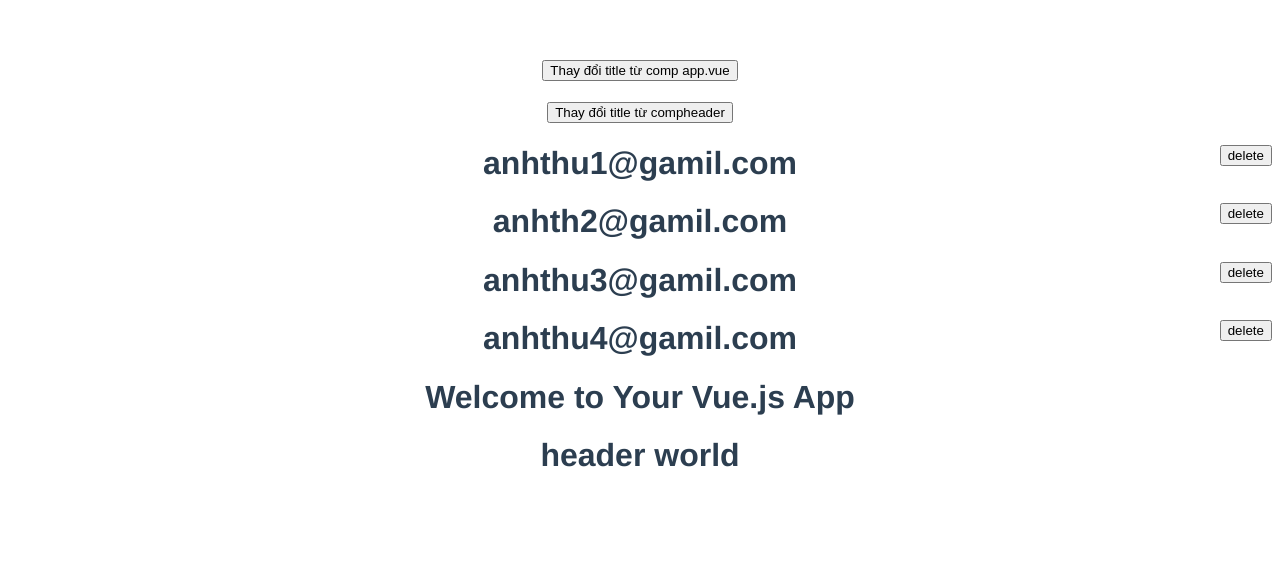
Repository: anhthu112/Todo-list
Page: /
These files come from the project's save history. The page is drawn as it stood at one moment and after the next save; the edit follows.
The browser window is 1280 px wide. The pictures show the whole page.
The project was rebuilt for these pictures with package versions that can differ from the ones it lists, and the page was loaded fresh each time. Also part of the build but not shown: vue.config.js.

Above is the page before, as saved 2024-01-24 15:26:10.

### src/App.vue
<template>
  <div class="container">
    <button v-on:click="title='Yoon Jeonghan'">Thay đổi title từ comp app.vue</button>
    <CompHeader v-bind:titleHeader="title"/>
    <ListUser v-bind:listUser="listUser"/>
    <HelloWorld msg="Welcome to Your Vue.js App"/>
    <ComFooter v-bind:title="title"/>
    <!-- <DemoRef/>  -->
    <!-- <> -->
  </div>

</template>

<script>
import HelloWorld from './components/HelloWorld.vue'
import CompHeader from './components/CompHeader.vue';
import ComFooter from './components/ComFooter.vue';
import ListUser from './components/ListUser.vue';
// import DemoRef from './components/DemoRef.vue';
export default {
  name: 'App',
  data(){
    return {
      title:'header world',
      listUser : [
        {id:1000, email:'anhthu1@gamil.com', active: true},
        {id:1001, email:'anhth2@gamil.com', active: true},
        {id:1002, email:'anhthu3@gamil.com', active: true},
        {id:1003, email:'anhthu4@gamil.com', active: false}
      ]
    }
  },
  components: {
    HelloWorld,
    CompHeader,
    ComFooter,
    ListUser
},
  methods:{
    handleChangeTitle(){
      this.title='title do header doi';
      console.log('sucess');
    }
  }
}
</script>

<style>
#app {
  font-family: Avenir, Helvetica, Arial, sans-serif;
  -webkit-font-smoothing: antialiased;
  -moz-osx-font-smoothing: grayscale;
  text-align: center;
  color: #2c3e50;
  margin-top: 60px;
}
</style>

### src/components/CompHeader.vue
<template>
    <header>
        <h1>{{ title }}</h1>
    </header>
    <button v-on:click="changeHeader">Thay đổi title từ compheader</button>
</template>
<script>
    export default{
        name: 'comp-header',
        props:{
            title: String,
        },
        data (){
            return {
            }
        },
        methods:{
        }
    }
</script>

### src/components/ComFooter.vue
<template>
    <footer>
            <h1>{{ title }}</h1>
    </footer>

</template>
<script>
    export default{
        name: 'comp-footer',
        props: {
            title: String,
        }
    }
</script>

### src/components/ListUser.vue
<template>
    <div class="list-user">
      <User v-for="user in listUser" v-bind:key="user.id" v-bind:user="user" />
    </div>
</template>

  <script>
  import User from './User.vue';
  export default {
    name: 'ListUser',
    props: {
      listUser: {
        type: Array,
      },
    },
    components: {
      User,
    },
  };
  </script>

### src/components/User.vue
<template>
    <div class="user">
        <h1>{{ user.email }}</h1>
        <button class="delete"
        v-on:click="handleDelete"
        >delete</button>
    </div>
</template>
<script>
    export default {
        name: 'userComponent',
        props:{
            user : {
                type: Object,
            }
        },
        methods:{
            handleDelete(e){
                console.log(e);
            }
        },
        data (){
            return {

            }
        }
    }
</script>
<style>
    .user{
        position: relative;
    }
    .delete{
        position: absolute;
        top:0;
        right:0;
    }
</style>

Loaded but not shown: public/index.html (common file); src/main.js (common file); src/components/HelloWorld.vue (common file)

After the next save:
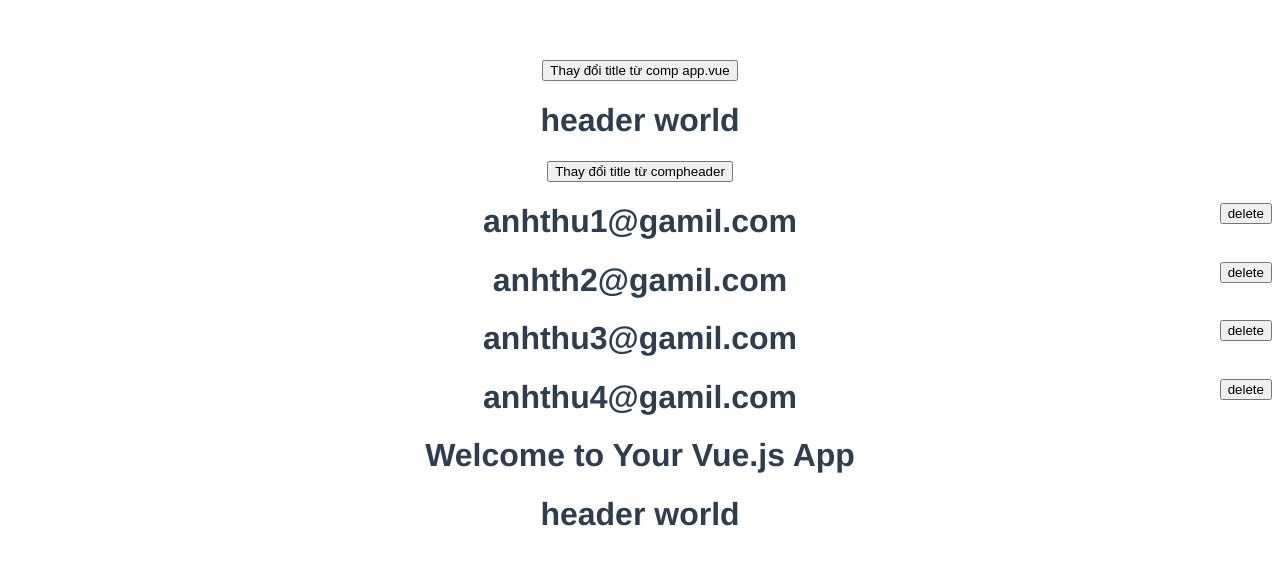
Saved 48 s later.
--- a/src/App.vue
+++ b/src/App.vue
@@ -1,7 +1,7 @@
 <template>
   <div class="container">
     <button v-on:click="title='Yoon Jeonghan'">Thay đổi title từ comp app.vue</button>
-    <CompHeader v-bind:titleHeader="title"/>
+    <CompHeader v-bind:title="title"/>
     <ListUser v-bind:listUser="listUser"/>
     <HelloWorld msg="Welcome to Your Vue.js App"/>
     <ComFooter v-bind:title="title"/>

After the save that followed:
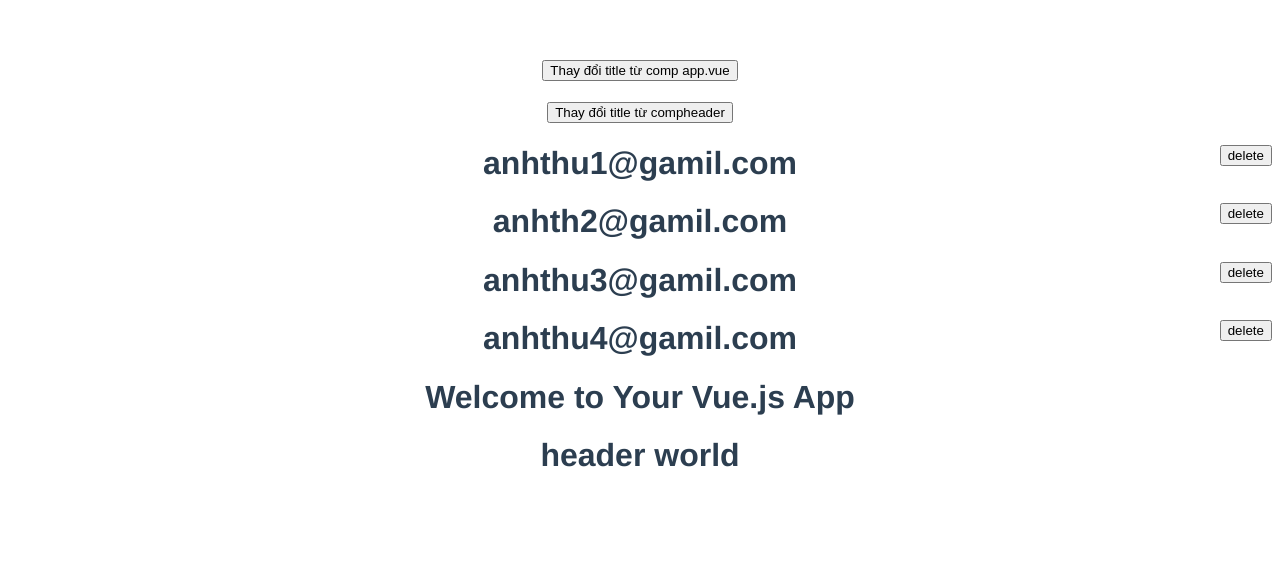
Saved 2 min 43 s later.
--- a/src/App.vue
+++ b/src/App.vue
@@ -1,7 +1,7 @@
 <template>
   <div class="container">
     <button v-on:click="title='Yoon Jeonghan'">Thay đổi title từ comp app.vue</button>
-    <CompHeader v-bind:title="title"/>
+    <CompHeader v-bind:headtitle="title"/>
     <ListUser v-bind:listUser="listUser"/>
     <HelloWorld msg="Welcome to Your Vue.js App"/>
     <ComFooter v-bind:title="title"/>
